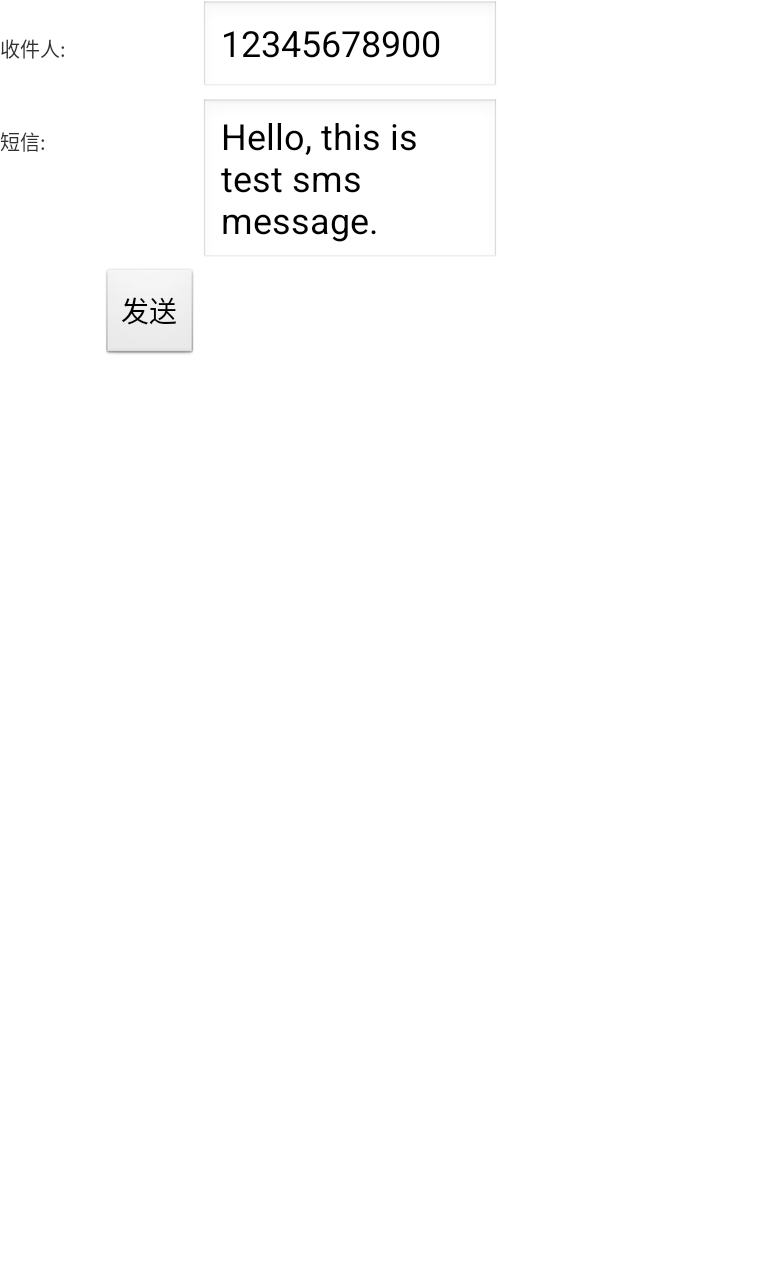
Repository: yorkLiu/android
Layout: IntentDemo/res/layout/sms_main.xml
An editor plug-in stored every save of this project. The layout is shown before and after the next save, followed by the edit.
It is drawn on a 768 x 1280 px phone screen (xhdpi) without system bars, with theme AppTheme; the app's code is not run.

Above is the layout before, as saved 2014-09-20 13:04:20.

### IntentDemo/res/layout/sms_main.xml
<?xml version="1.0" encoding="utf-8"?>
<TableLayout xmlns:android="http://schemas.android.com/apk/res/android"
    android:layout_width="fill_parent"
    android:layout_height="fill_parent" >

    <TableRow>
        <TextView
            android:layout_width="wrap_content"
            android:layout_height="wrap_content"
            android:textSize="20px"
            android:text="收件人: "
            />
        <EditText
            android:id="@+id/receiver"
            android:layout_width="300px"
            android:layout_height="wrap_content"
            android:numeric="integer"
            android:text="12345678900"
            />
    </TableRow>
    <View
        android:layout_width="fill_parent"
        android:layout_height="2px"
        />

    <TableRow>

        <TextView
            android:layout_width="wrap_content"
            android:layout_height="wrap_content"
            android:text="短信: "
            android:textSize="20px" />

        <EditText
            android:id="@+id/messageInfo"
            android:layout_width="300px"
            android:layout_height="wrap_content"
            android:layout_gravity="top"
            android:numeric="integer"
            android:text="Hello, this is test sms message."
            />
    </TableRow>
    <TableRow>
        <Button
            android:id="@+id/sendSmsBtn"
            android:layout_width="wrap_content"
            android:layout_height="wrap_content"
            android:layout_marginLeft="100px"
            android:text="发送"
            />

    </TableRow>


</TableLayout>

Loaded but not shown: IntentDemo/res/values/styles.xml (common file)

After the next save:
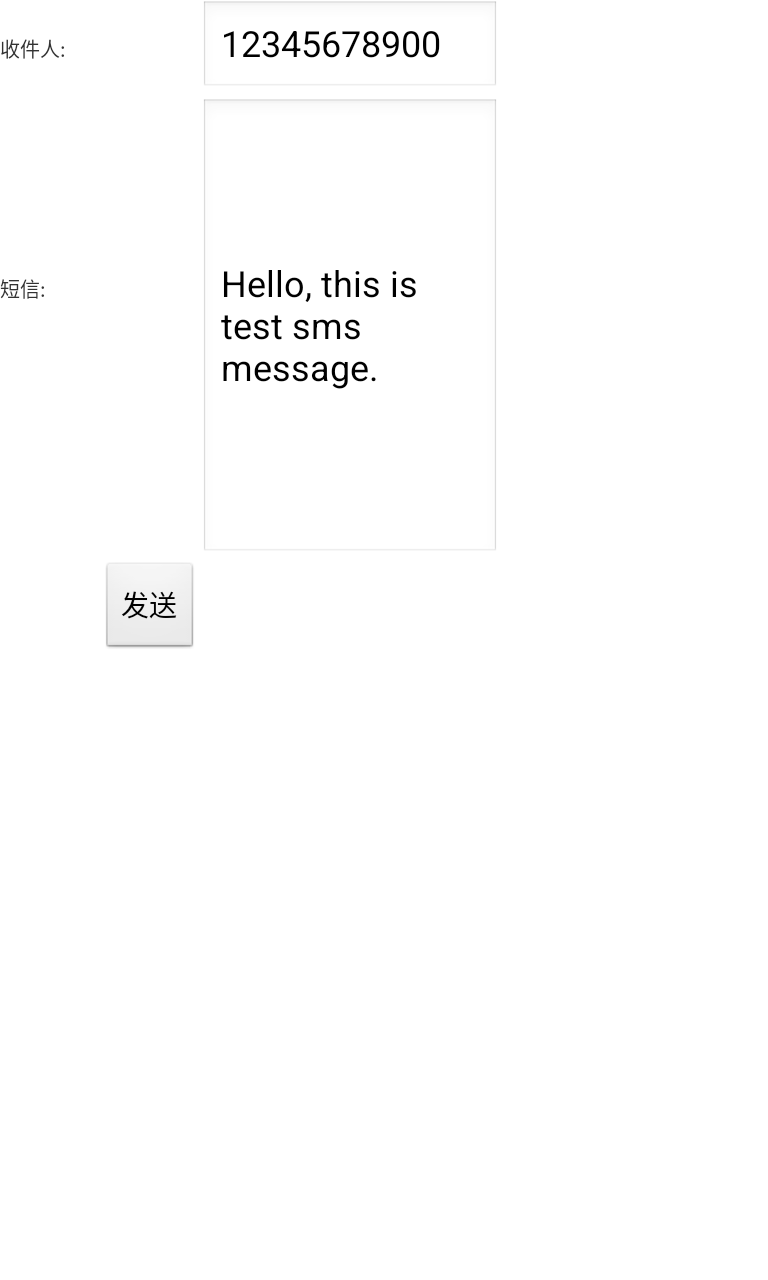
Saved 20 s later.
--- a/IntentDemo/res/layout/sms_main.xml
+++ b/IntentDemo/res/layout/sms_main.xml
@@ -37,6 +37,7 @@
             android:layout_height="wrap_content"
             android:layout_gravity="top"
             android:numeric="integer"
+            android:lines="10"
             android:text="Hello, this is test sms message."
             />
     </TableRow>
